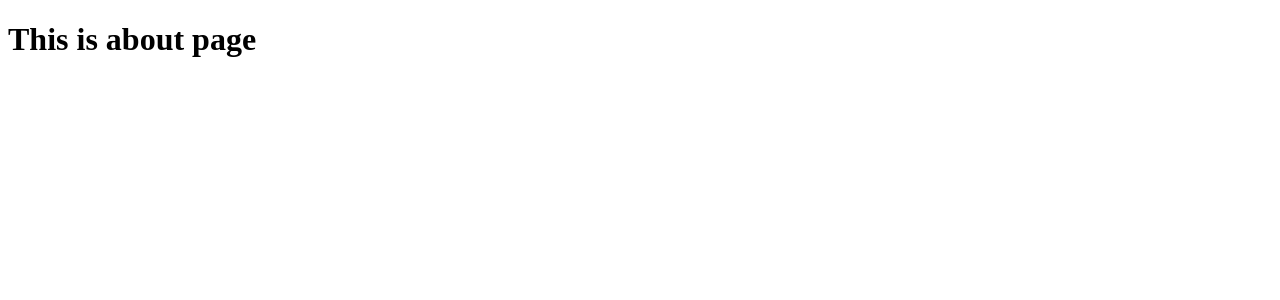
Repository: yashveer-singh/javaapcode
Page: http://localhost/javaapp/about.jsp
An editor plug-in stored every save of this project. The page is shown before and after the next save, followed by the edit.
The browser window is 1280 px wide. The pictures show the whole page.
The page is served by Tomcat 9.

Above is the page before, as saved 2024-04-12 09:20:02.

### javaapp/src/main/webapp/about.jsp
<%@ page language="java" contentType="text/html; charset=UTF-8"
    pageEncoding="UTF-8"%>
<!DOCTYPE html>
<html>
<head>
<meta charset="UTF-8">
<title>About page</title>
</head>
<body>

<h1>This is about page</h1>
</body>
</html>

After the next save:
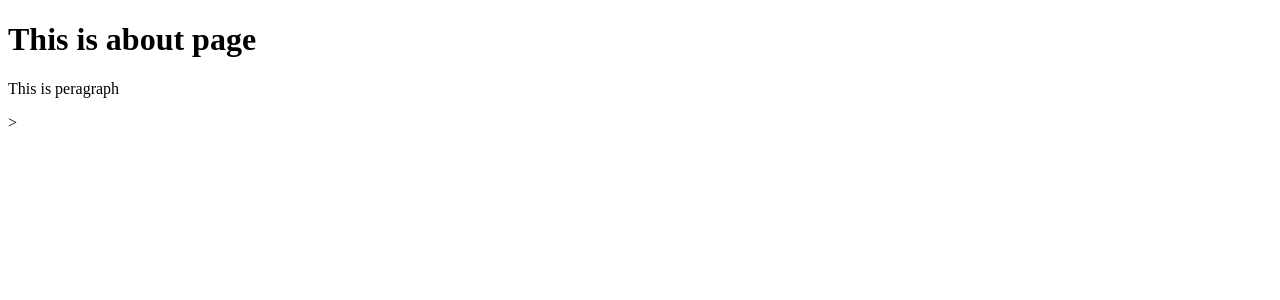
Saved 5 days later.
--- a/javaapp/src/main/webapp/about.jsp
+++ b/javaapp/src/main/webapp/about.jsp
@@ -9,5 +9,6 @@
 <body>
 
 <h1>This is about page</h1>
+<p>This is peragraph </p>>
 </body>
 </html>
